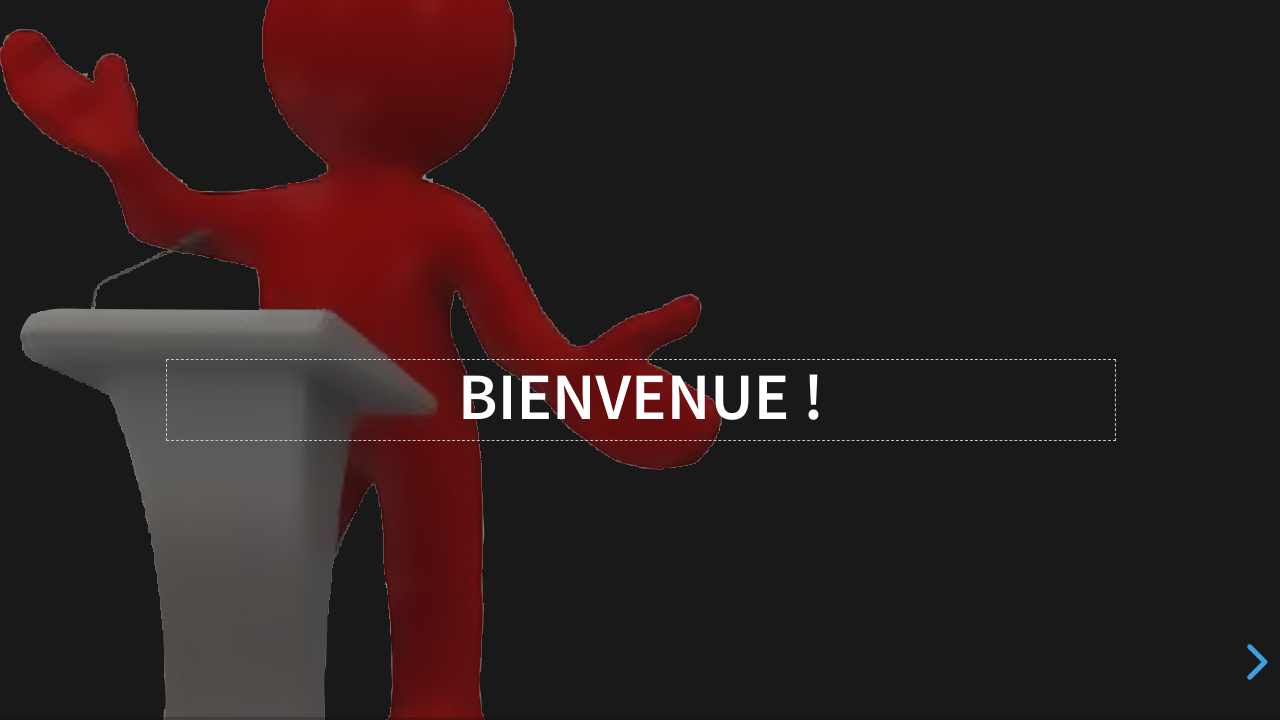
Repository: cutesquirrel/pres-college
Page: index.html
The author's editor kept a copy of each file at every save. The page is drawn from the files as they stood at one save, then again after the next save.
The browser window is 1280 px wide. The pictures show the whole page.

Above is the page before, as saved 2024-03-31 10:51:05.

After the next save:
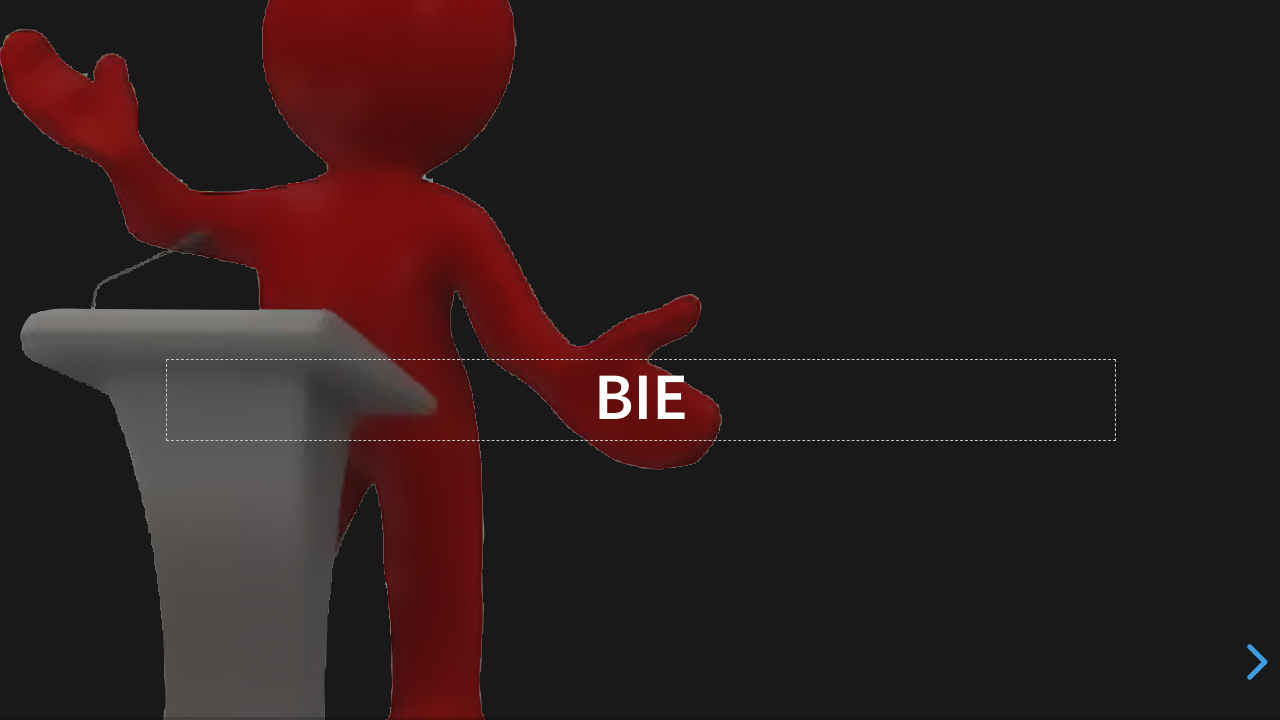
Saved 15 s later.
--- a/custom.js
+++ b/custom.js
@@ -8,7 +8,7 @@ window.addEventListener('DOMContentLoaded', (event) => {
 })
 // -------------------
 function animate_text() {
-  let delay = 100,
+  let delay = 400,
     delay_start = 0,
     contents,
     letters
